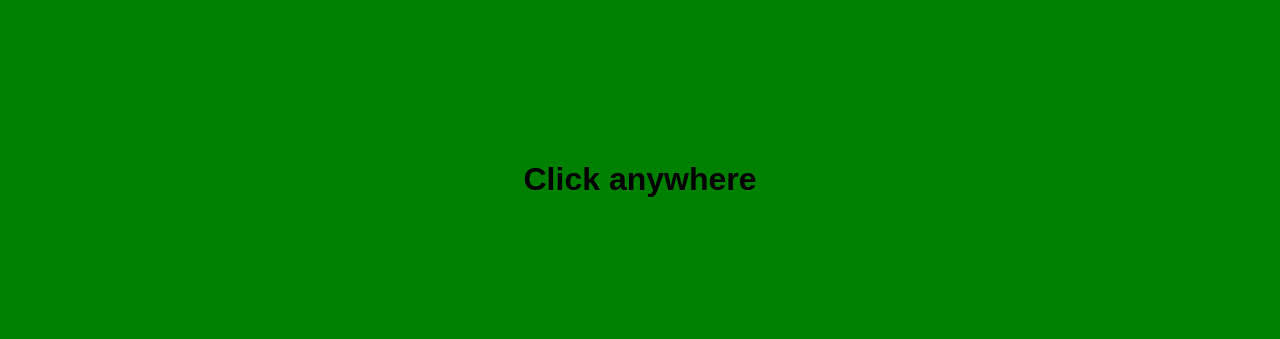
Repository: alexmaddux99/Lab3
Page: mouse-events.html
These files come from the project's save history. The page is drawn as it stood at one moment and after the next save; the edit follows.
The browser window is 1280 px wide. The pictures show the whole page.

Above is the page before, as saved 2022-03-06 16:57:10.

### mouse-events.html
<!DOCTYPE html>
<html lang="en">

<head>
    <meta charset="UTF-8">
    <meta http-equiv="X-UA-Compatible" content="IE=edge">
    <meta name="viewport" content="width=device-width, initial-scale=1.0">
    <title>Mouse Events</title>
    <style>
        body {
            background-color: green;
            margin:0;
            height:100vh;
        }

        .ball {
            height: 1px;
            width: 1px;
            transition: transform 1s;
        }

        p {
            margin-top: 10rem;
            text-align: center;
            font: bold 2rem sans-serif;
        }


    </style>
</head>

<body>

    <div id="dot" class="ball">

    </div>
    <p>Click anywhere</p>

    <script>
        var dot = document.getElementById('dot');
        document.body.addEventListener('click', (e) => {
            console.log("Client: " , e.clientX , e.clientY)
            console.log("Page: " , e.pageX , e.pageY)
            console.log("Screen: " , e.screenX , e.screenY)
            console.log("Event Object: ", e);
            dot.style.transform = `translateY(${e.clientY - 25}px)`;
            dot.style.transform += `translateX(${e.clientX - 25}px)`;
            dot.style.opacity = 1;
        }, false);
    </script>
</body>

</html>

After the next save:
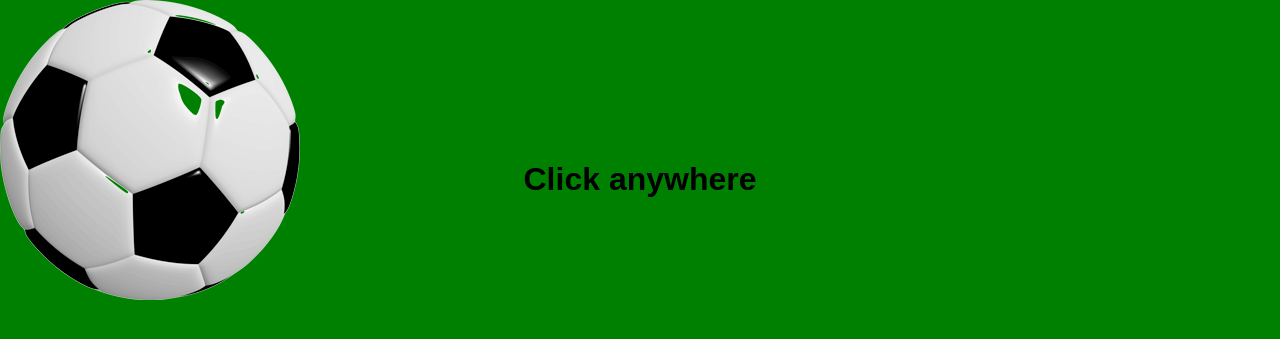
Saved 27 s later.
--- a/mouse-events.html
+++ b/mouse-events.html
@@ -32,7 +32,7 @@
 <body>
 
     <div id="dot" class="ball">
-
+        <img src="/images/soccer.png" alt="Score a Goal!">
     </div>
     <p>Click anywhere</p>
 
